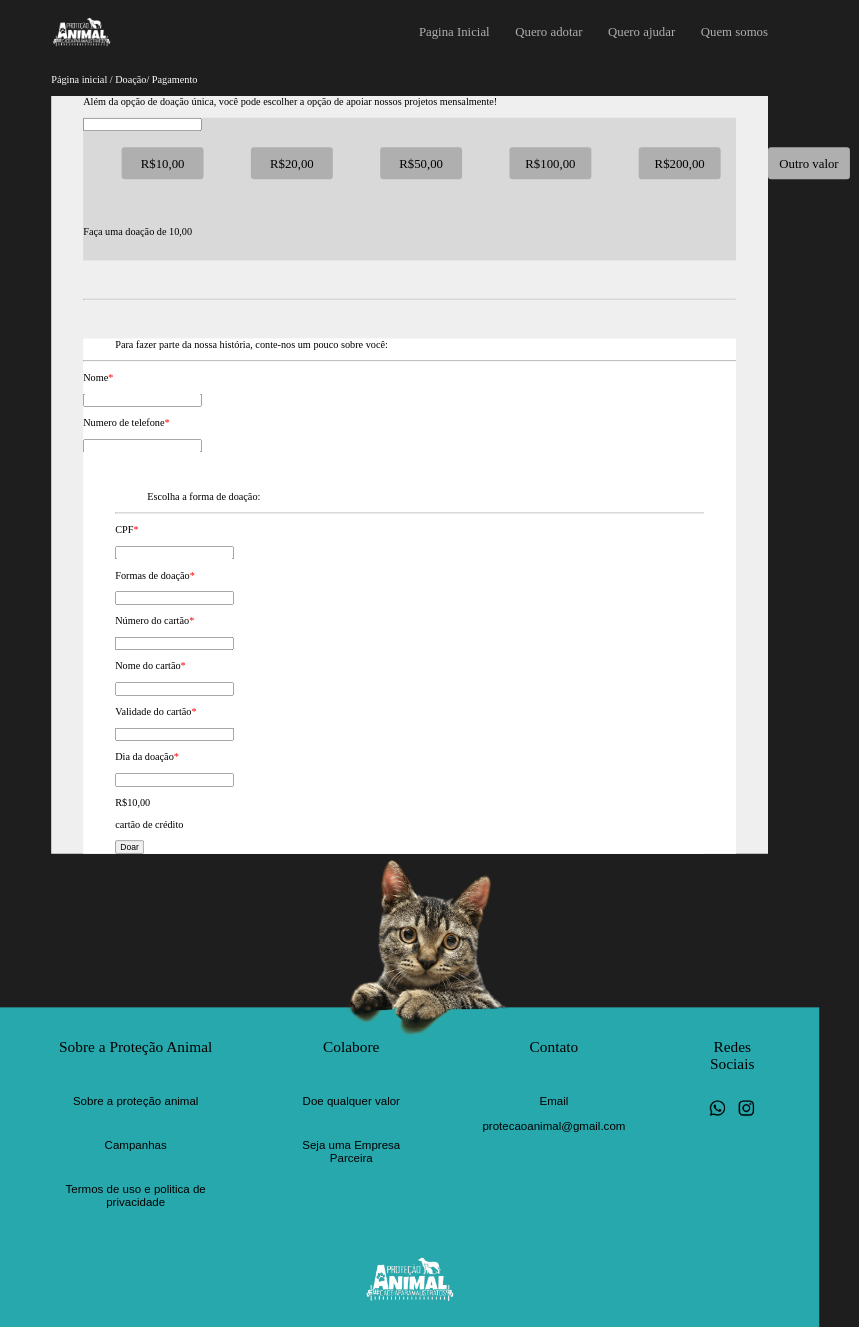
Repository: edjunior-nascimento/protecao-animal-web
Page: src/pages/formulario-doacao/index.html
These files come from the project's save history. The page is drawn as it stood at one moment and after the next save; the edit follows.
The browser window is 1280 px wide. The page is 1342 px wide, so the pictures cover 1342 px, including what lies to the right of the window. The pictures show the whole page, at 64% of full size.

Above is the page before, as saved 2025-03-07 02:56:00.

After the next save:
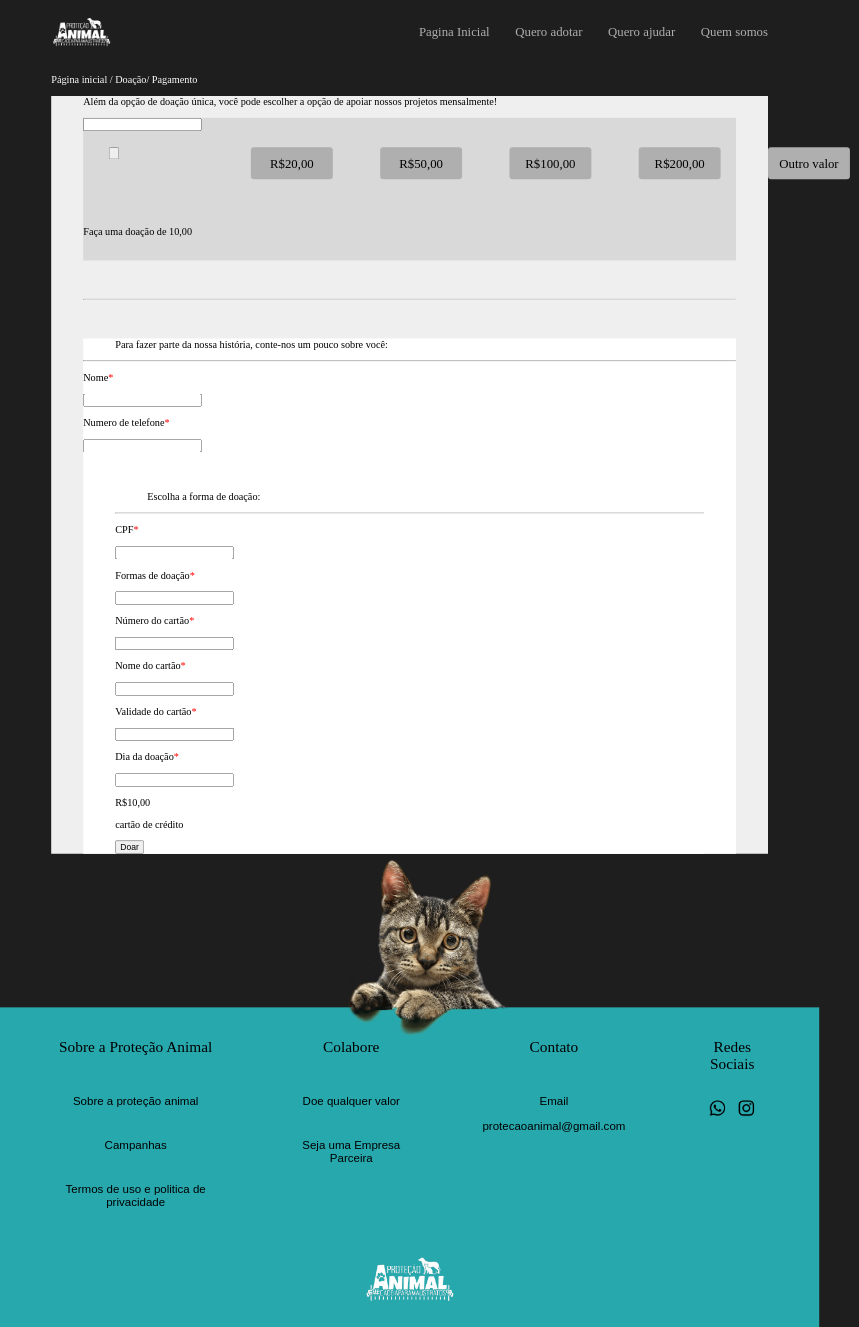
Saved 26 s later.
--- a/src/pages/formulario-doacao/index.html
+++ b/src/pages/formulario-doacao/index.html
@@ -56,7 +56,8 @@
                 <nav class="cota-inicial">
                     <ul>
                         <li>
-                            <a href="#">R$10,00</a></a>
+                            <button type="submit"
+                            id="btn-cad"><p></p></button>
                         </li>
                         <li>
                             <a href="#">R$20,00</a>
